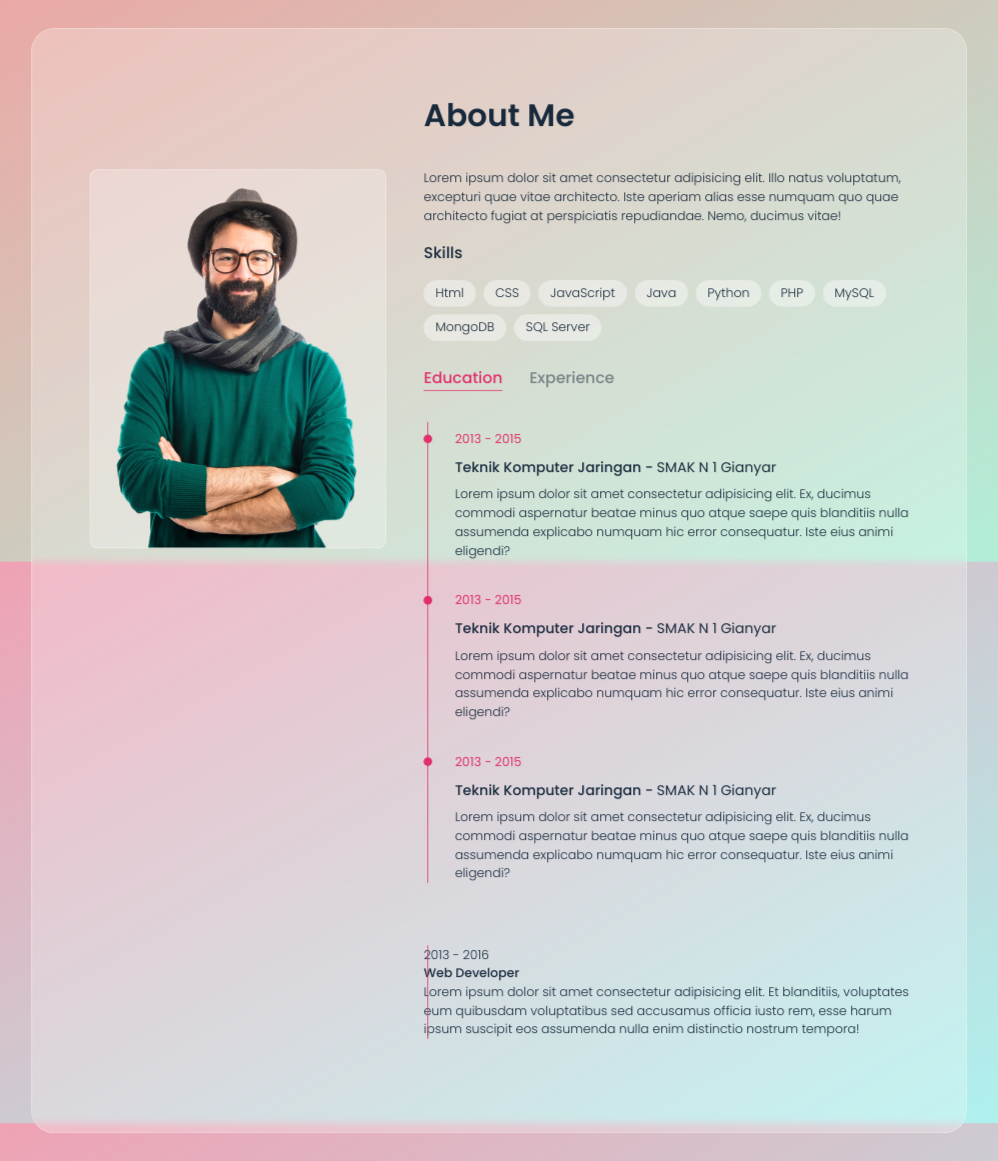
Repository: dewaary/Glassmorp-me
Page: index.html
An editor plug-in stored every save of this project. The page is shown before and after the next save, followed by the edit.
The browser window is 1280 px wide. The pictures show the whole page, at 78% of full size.
Backgrounds fixed to the window are drawn as part of the page.

Above is the page before, as saved 2021-05-25 23:09:27.
Not found: js/script,js

### index.html
<!DOCTYPE html>
<html lang="en">

<head>
    <meta charset="UTF-8">
    <meta http-equiv="X-UA-Compatible" content="IE=edge">
    <meta name="viewport" content="width=device-width, initial-scale=1.0">
    <link rel="stylesheet" href="style.css">
    <title>Document</title>
</head>

<body>
    <div class="main">
        <section class="home-section align-items-center hidden">
            <div class="container">
                <div class="row align-items-center">
                    <div class="home-text">
                        <p>Hello, I'm</p>
                        <h1>Dewa Ari</h1>
                        <h2>Full-Stack Web Developer</h2>
                        <a href="#" class="btn">more about me</a>
                        <a href="#" class="btn">portfolio</a>
                    </div>
                    <div class="home-img">
                        <div class="img-box">
                            <img src="img/profile-img.png" alt="profile-img">
                        </div>
                    </div>
                </div>
            </div>
        </section>

        <!-- About Section -->
        <section class="about-section sec-padding">
            <div class="container">
                <div class="row">
                    <div class="section-title">
                        <h2>About me</h2>
                    </div>
                </div>
                <div class="row">
                    <div class="about-img">
                        <div class="img-box">
                            <img src="img/about-img.png" alt="About Image">
                        </div>
                    </div>
                    <div class="about-text">
                        <p>Lorem ipsum dolor sit amet consectetur adipisicing elit. Illo natus voluptatum, excepturi
                            quae vitae architecto. Iste aperiam alias esse numquam quo quae architecto fugiat at
                            perspiciatis repudiandae. Nemo, ducimus vitae!</p>
                        <h3>Skills</h3>
                        <div class="skills">
                            <div class="skill-item">Html</div>
                            <div class="skill-item">CSS</div>
                            <div class="skill-item">JavaScript</div>
                            <div class="skill-item">Java</div>
                            <div class="skill-item">Python</div>
                            <div class="skill-item">PHP</div>
                            <div class="skill-item">MySQL</div>
                            <div class="skill-item">MongoDB</div>
                            <div class="skill-item">SQL Server</div>
                        </div>

                        <div class="about-tabs">
                            <button type="button" class="tab-item active" data-target="#education">Education</button>
                            <button type="button" class="tab-item" data-target="#experience">Experience</button>
                        </div>
                        <!-- Education Start -->
                        <div class="tab-content" id="education">
                            <div class="timeline">
                                <div class="timeline-item">
                                    <span class="date">2013 - 2015</span>
                                    <h4>Teknik Komputer Jaringan - <span>SMAK N 1 Gianyar</span></h4>
                                    <p>Lorem ipsum dolor sit amet consectetur adipisicing elit. Ex, ducimus commodi
                                        aspernatur beatae minus quo atque saepe quis blanditiis nulla assumenda
                                        explicabo numquam hic error consequatur. Iste eius animi eligendi?</p>
                                </div>
                                <div class="timeline-item">
                                    <span class="date">2013 - 2015</span>
                                    <h4>Teknik Komputer Jaringan - <span>SMAK N 1 Gianyar</span></h4>
                                    <p>Lorem ipsum dolor sit amet consectetur adipisicing elit. Ex, ducimus commodi
                                        aspernatur beatae minus quo atque saepe quis blanditiis nulla assumenda
                                        explicabo numquam hic error consequatur. Iste eius animi eligendi?</p>
                                </div>
                                <div class="timeline-item">
                                    <span class="date">2013 - 2015</span>
                                    <h4>Teknik Komputer Jaringan - <span>SMAK N 1 Gianyar</span></h4>
                                    <p>Lorem ipsum dolor sit amet consectetur adipisicing elit. Ex, ducimus commodi
                                        aspernatur beatae minus quo atque saepe quis blanditiis nulla assumenda
                                        explicabo numquam hic error consequatur. Iste eius animi eligendi?</p>
                                </div>
                            </div>
                        </div>
                        <!-- Education End -->


                        <!-- Experince Start -->
                        <div class="tab-content" id="experience">
                            <div class="timeline">
                                <div class="timeline-time">
                                    <span class="date">2013 - 2016</span>
                                    <h4>Web Developer</h4>
                                    <p>Lorem ipsum dolor sit amet consectetur adipisicing elit. Et blanditiis,
                                        voluptates eum quibusdam voluptatibus sed accusamus officia iusto rem, esse
                                        harum ipsum suscipit eos assumenda nulla enim distinctio nostrum tempora!</p>
                                </div>
                            </div>
                        </div>

                    </div>
                </div>
            </div>
        </section>

    </div>
    <script src="js/script,js"></script>
</body>

</html>

### style.css
/* Fonts */
@import url("https://fonts.googleapis.com/css2?family=Poppins:wght@300;400;500;600;700&display=swap");

/* Variables */

:root {
  --main-color: #e02f6b;
  --blue: #0000ff;
  --blue-dark: #18293c;
  --orange: #ffa500;
  --green-yellow: #cddc39;
  --pink-light: #efa2b4;
  --cyan-light: #aef1ee;
  --white: #ffffff;
  --white-alpha-40: rgba(255, 255, 255, 0.4);
  --white-alpha-25: rgba(255, 255, 255, 0.25);
  --backdrop-filter-blur: blur(5px);
}

* {
  box-sizing: border-box;
  padding: 0;
  margin: 0;
  outline: none;
}

::before,
::after {
  box-sizing: border-box;
}

body {
  min-height: 100vh;
  background-image: linear-gradient(
    to bottom right,
    var(--pink-light),
    var(--cyan-light)
  );
  background-attachment: fixed;
  font-size: 16px;
  font-family: "Poppins", sans-serif;
  font-weight: 300;
  color: var(--blue-dark);
  line-height: 1.5;
  overflow-x: hidden;
  -webkit-tap-highlight-color: transparent;
  padding: 5vh 15px;
}

body::before {
  content: "";
  position: fixed;
  left: 0;
  top: 0;
  height: 100%;
  width: 100%;
  background-color: var(--green-yellow);
  z-index: -1;
  opacity: 0.12;
}

a {
  text-decoration: none;
}

h1,
h2 {
  font-weight: 600;
}

h3,
h4,
h5,
h6 {
  font-weight: 500;
}

img {
  max-width: 100%;
  vertical-align: middle;
}

section {
  background-color: var(--white-alpha-25);
  border: 1px solid var(--white-alpha-40);
  min-height: 90vh;
  border-radius: 30px;
  backdrop-filter: var(--backdrop-filter-blur);
}

.main {
  max-width: 1200px;
  margin: auto;
}

.row {
  display: flex;
  flex-wrap: wrap;
}

.container {
  padding: 0 40px;
  width: 100%;
}

.align-items-center {
  align-items: center;
}

.hidden {
  display: none !important;
}

.sec-padding {
  padding: 80px 0;
}

/* Section Tittle */
.section-title {
  padding: 0 15px;
  width: 100%;
  text-align: center;
  margin-bottom: 40px;
}

.section-title h2 {
  font-size: 40px;
  text-transform: capitalize;
}

/* Custome Scroolbar */

::-webkit-scrollbar {
  width: 5px;
}

::-webkit-scrollbar-track {
  background-color: var(--white);
}

::-webkit-scrollbar-thumb {
  background-color: var(--main-color);
}

/*
Buttons */

button {
  font-family: inherit;
  user-select: none;
}

.btn {
  line-height: 1.5;
  background-color: var(--white-alpha-25);
  border: 1px solid var(--white-alpha-40);
  padding: 10px 28px;
  display: inline-block;
  border-radius: 30px;
  color: var(--main-color);
  font-weight: 500;
  text-transform: capitalize;
  font-family: inherit;
  font-size: 16px;
  cursor: pointer;
  user-select: none;
  position: relative;
  overflow: hidden;
  vertical-align: middle;
  transition: width 0.3s ease;
}

.btn::before {
  content: "";
  position: absolute;
  left: 0;
  top: 0;
  height: 100%;
  width: 0%;
  background-color: var(--main-color);
  z-index: -1;
  transition: width 0.3s ease;
}

.btn:hover::before {
  width: 100%;
}
.btn:hover {
  color: var(--white);
}

/*
Home Section */

.home-section {
  display: flex;
  padding: 120px 0;
}

.home-text,
.home-img {
  width: 50%;
  padding: 15px;
}

.home-text p {
  font-size: 15px;
}

.home-text h2 {
  font-size: 20px;
  text-transform: capitalize;
  font-weight: 300;
  margin: 0 0 30px;
}

.home-text .btn {
  margin: 0 15px 15px 0;
}

.home-text h1 {
  font-size: 50px;
  text-transform: capitalize;
}

.home-img .img-box {
  max-width: 360px;
  background-color: var(--white-alpha-25);
  border-radius: 50%;
  background-color: var(--white-alpha-25);
  margin: auto;
}

.home-img .img-box img {
  width: 100%;
  border-radius: 50%;
}

/* About Section */

.about-img {
  width: 40%;
  padding: 0 15px;
}

.about-text {
  width: 60%;
  padding: 0 15px;
}

.about-img .img-box {
  background-color: var(--white-alpha-25);
  max-width: 380px;
  border: 1px solid var(--white-alpha-40);
  margin: auto;
  border-radius: 10px;
}

.about-img .img-box img {
  width: 100%;
}

.about-text h3 {
  text-transform: capitalize;
  font-size: 20px;
  margin: 20px 0;
}

.about-text .skills {
  display: flex;
  flex-wrap: wrap;
}

.about-text .skill-item {
  background-color: var(--white-alpha-25);
  background-color: var(--white-alpha-40);
  padding: 5px 15px;
  text-transform: capitalize;
  margin: 0 10px 10px 0;
  border-radius: 20px;
}

.about-tabs {
  margin-top: 20px;
}

.about-tabs .tab-item {
  padding: 2px 0;
  background-color: transparent;
  border: none;
  text-transform: capitalize;
  display: inline-block;
  color: var(--blue-dark);
  cursor: pointer;
  font-size: 20px;
  font-weight: 500;
  margin: 0 30px 0 0;
  position: relative;
  opacity: 0.5;
  transition: all 0.3s ease;
}

.about-tabs .tab-item:last-child {
  margin: 0;
}

.about-tabs .tab-item::before {
  content: "";
  position: absolute;
  left: 0;
  bottom: 0;
  width: 0%;
  height: 1px;
  background-color: var(--blue-dark);
  transition: width 0.3s ease;
}

.about-tabs .tab-item:hover::before {
  width: 100%;
}

.about-tabs .tab-item.active::before {
  width: 100%;
  background-color: var(--main-color);
}

.about-tabs .tab-item.active {
  color: var(--main-color);
  opacity: 1;
  cursor: auto;
}

.about-text .timeline{
  position: relative;
}

.about-text .timeline::before{
  content: '';
  position: absolute;
  height: 100%;
  width: 1px;
  top: 0;
  left: 5px;
  background-color: var(--main-color);
}

.about-text .tab-content {
  padding: 40px 0;
}

.about-text .timeline-item {
  margin-bottom: 30px;
  position: relative;
  padding: 10px 0 0 40px;
}

.about-text .timeline-item::before{
  content: '';
  position: absolute;
  height: 11px;
  width: 11px;
  top: 16px;
  left: 0;
  background-color: var(--main-color);
  border-radius: 50%;
}

.about-text .timeline-item:last-child {
  margin-bottom: 0;
}

.about-text .timeline-item .date {
  display: block;
  color: var(--main-color);
  font-weight: 400;
  margin: 0 0 10px;
}
.about-text .timeline-item h4 {
  font-size: 18px;
  text-transform: capitalize;
  margin: 0 0 10px;
}
.about-text .timeline-item h4 span {
  font-weight: 400;
}

After the next save:
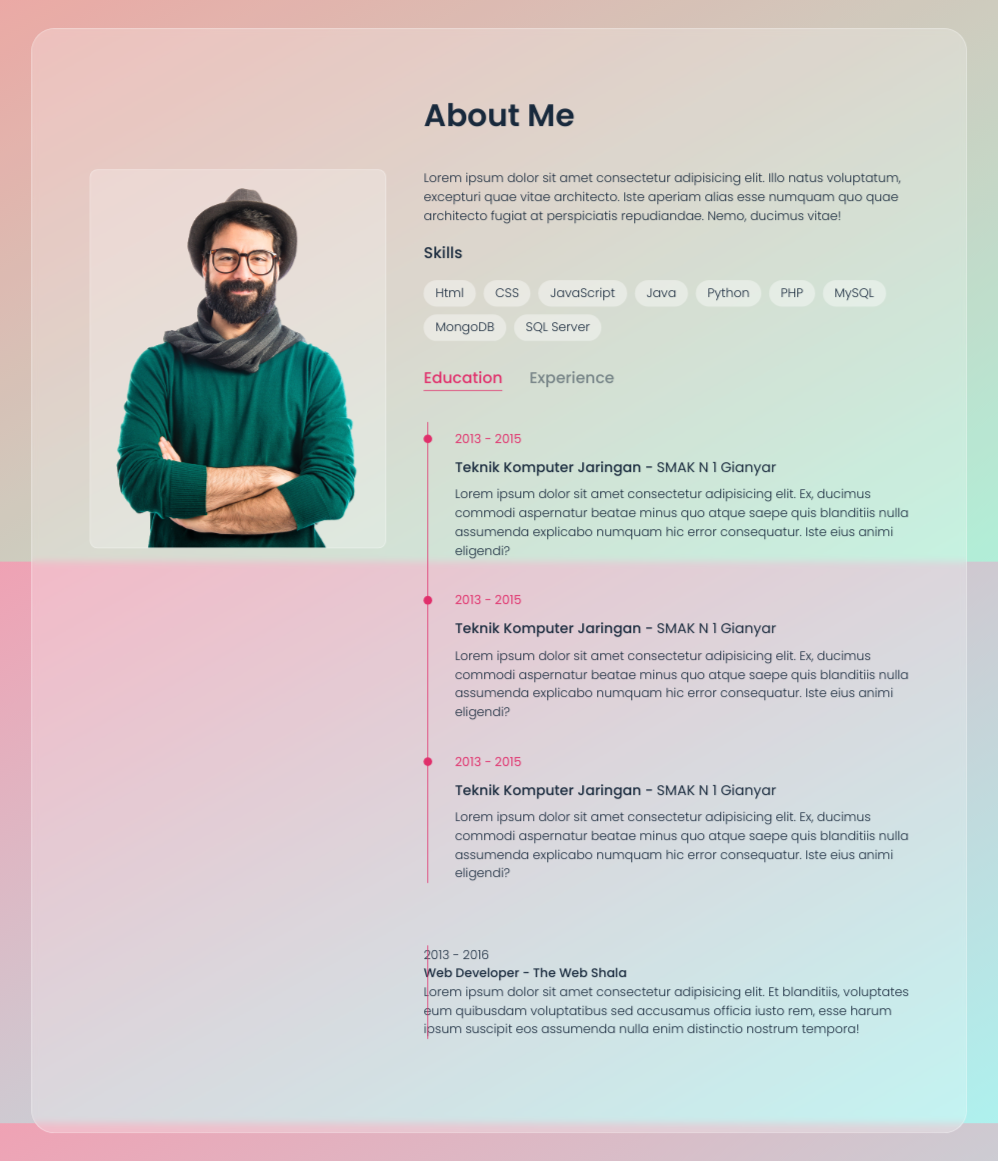
Saved 34 s later.
--- a/index.html
+++ b/index.html
@@ -99,7 +99,7 @@
                             <div class="timeline">
                                 <div class="timeline-time">
                                     <span class="date">2013 - 2016</span>
-                                    <h4>Web Developer</h4>
+                                    <h4>Web Developer - <span>The Web Shala</span></h4>
                                     <p>Lorem ipsum dolor sit amet consectetur adipisicing elit. Et blanditiis,
                                         voluptates eum quibusdam voluptatibus sed accusamus officia iusto rem, esse
                                         harum ipsum suscipit eos assumenda nulla enim distinctio nostrum tempora!</p>
